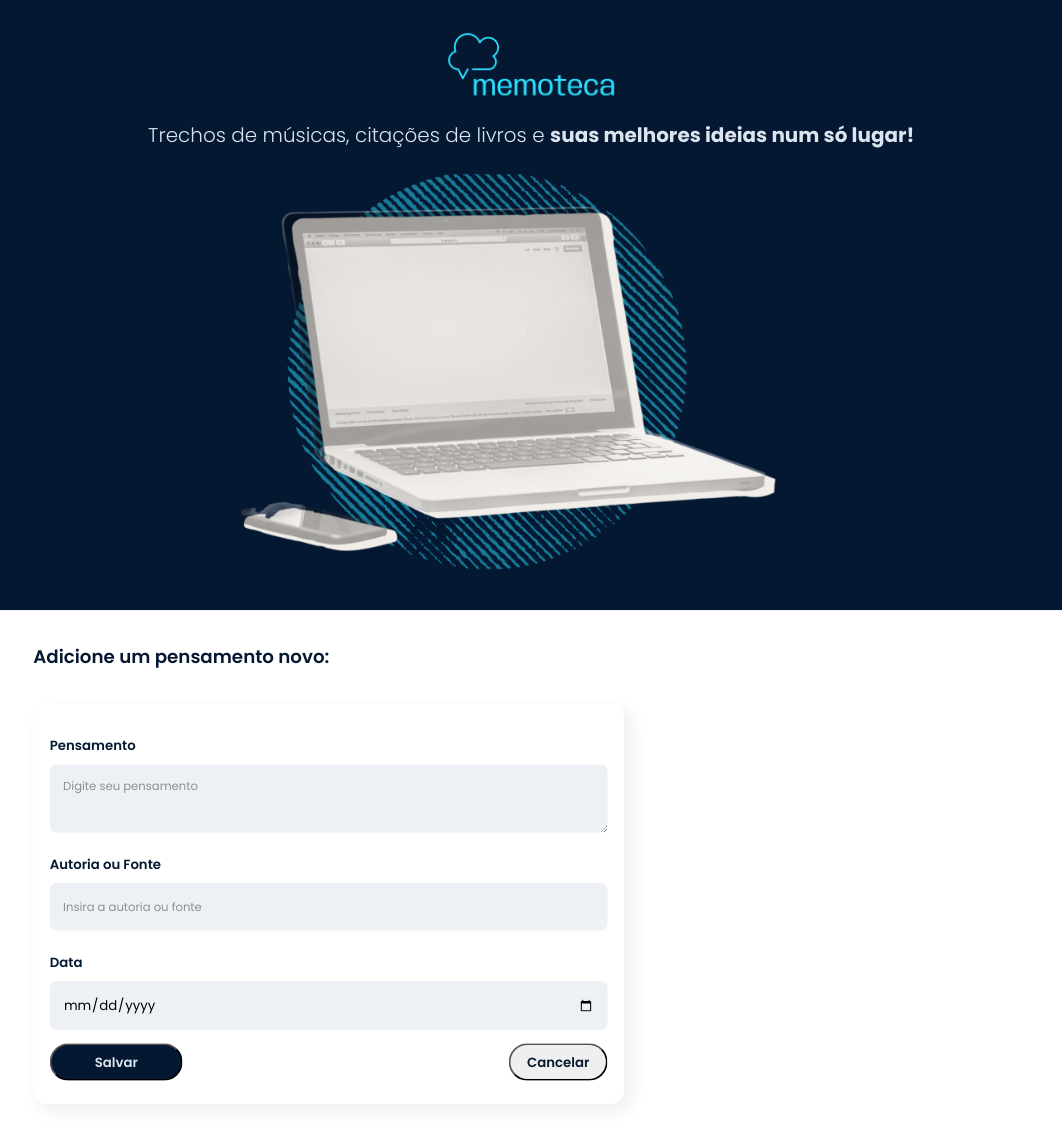
Repository: joaoPraiaJunior/crud_js
Page: index.html
These files come from the project's save history. The page is drawn as it stood at one moment and after the next save; the edit follows.
The browser window is 1280 px wide. The pictures show the whole page, at 83% of full size.

Above is the page before, as saved 2024-09-26 22:58:45.

After the next save:
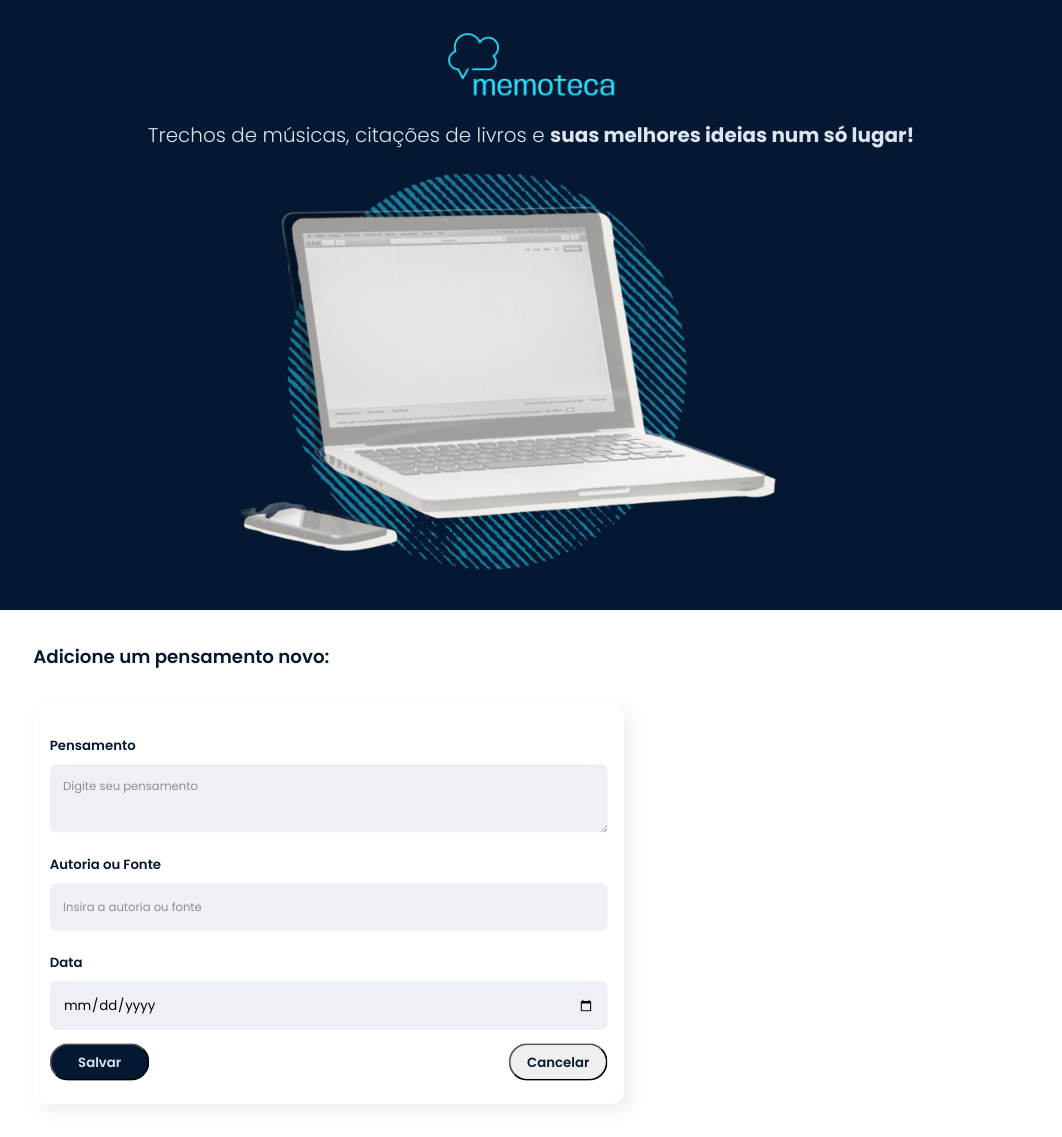
Saved 65 s later.
--- a/css/styles.css
+++ b/css/styles.css
@@ -152,7 +152,7 @@ main {
 
 #botao-salvar {
 	background: var(--Azul-Dark, #041832);
-	min-width: 16rem;
+	min-width: 12rem;
 }
 
 #botao-cancelar {
